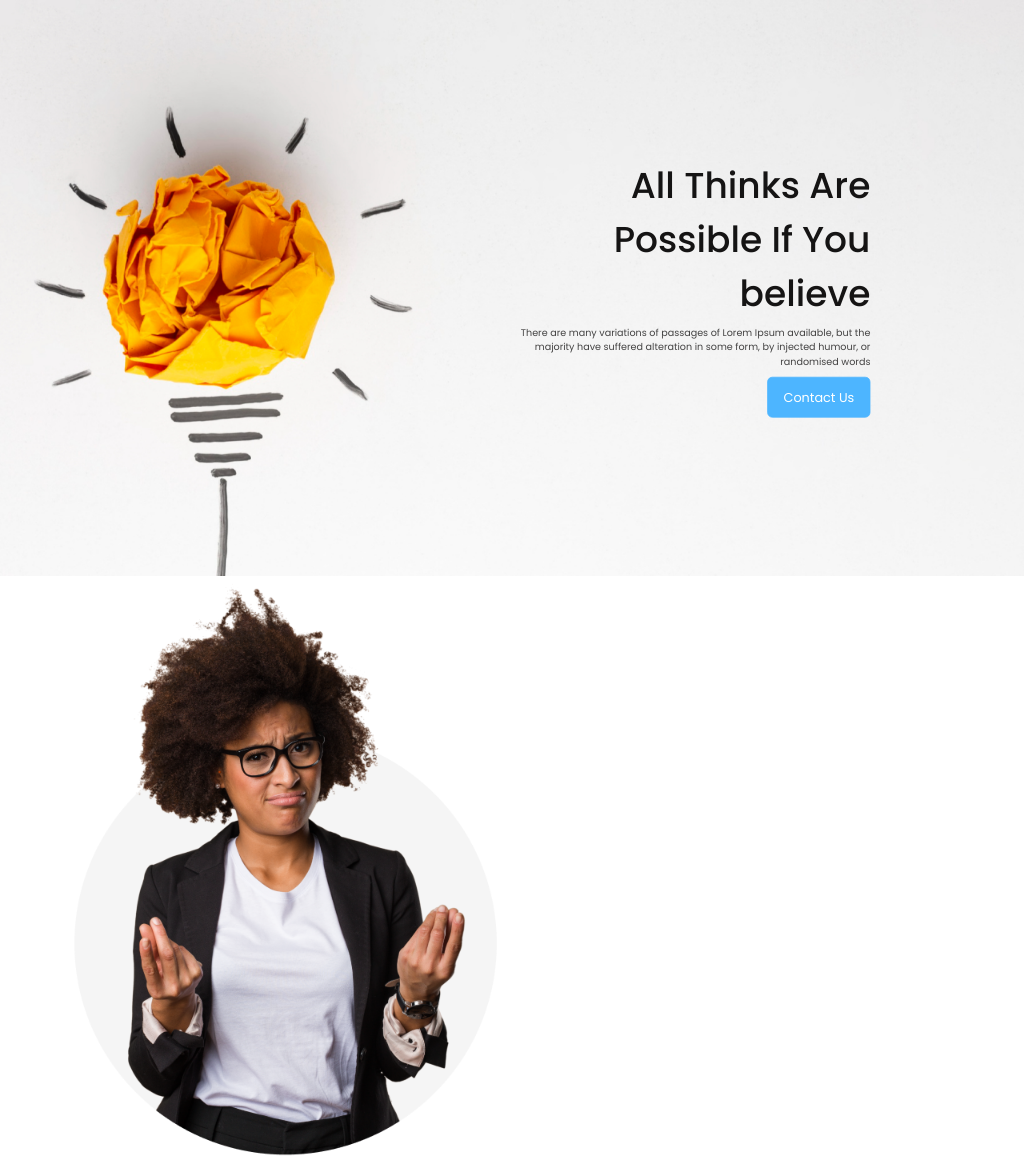
Repository: mdrubel02/new-year-new-mission
Page: index.html
The author's editor kept a copy of each file at every save. The page is drawn from the files as they stood at one save, then again after the next save.
The browser window is 1280 px wide. The pictures show the whole page, at 80% of full size.

Above is the page before, as saved 2023-01-06 22:41:17.

### index.html
<!DOCTYPE html>
<html lang="en">

<head>
    <meta charset="UTF-8">
    <meta http-equiv="X-UA-Compatible" content="IE=edge">
    <meta name="viewport" content="width=device-width, initial-scale=1.0">
    <title>new-year-new-mission</title>
    <!-------- css link ---------->
    <link rel="stylesheet" href="/index.css">
</head>

<body>
    <header>
        <!--------- banner section --------->
        <section class="banner_section ">
            <div class="banner">
                <h1>All Thinks Are Possible If You believe</h1>
                <p>There are many variations of passages of Lorem Ipsum available, but the majority have suffered
                    alteration in some form, by injected humour, or randomised words</p>
                <a href="" class="btn btn-primary">Contact Us</a>
            </div>
        </section>
    </header>
    <section class="container">
        <div class="experience_section">
            <div class="experience_left">
                <img src="./images/person.png" alt="">
            </div>
            <div class="experience_right"></div>
        </div>

    </section>
</body>

</html>

### index.css
/* =====GOOGLE FONTS====== */
@import url('https://fonts.googleapis.com/css2?family=Poppins:wght@300;400;500;600&display=swap');

/* =====COMMON STYLES====== */
* {
    margin: 0;
    padding: 0;
    border: 0;
    outline: 0;
    list-style: none;
    text-decoration: none;
}

body {
    font-family: 'Poppins', sans-serif;
}

h1,
h2,
h3,
h4,
h5,
h6 {
    font-weight: 500;
}

.container {
    max-width: 1200px;
    margin: 0 auto;
    padding: 0 30px;
    box-sizing: border-box;
}

a {
    color: #fff;
    transition: all 400ms ease;
}

a:hover {
    color: #fff;
}

.btn {
    text-align: center;
    width: max-content;
    display: inline-block;
    color: #fff;
    padding: 0.75rem 1.2rem;
    border-radius: 0.4rem;
    border: 1px solid #4db5ff;
    transition: all 400ms ease;
}

.btn:hover {
    background: #fff;
    color: #4db5ff;
    border: 1px solid #4db5ff;
}

.btn-primary {
    background: #4db5ff;
    color: #fff;
}

/* ========= Banner section ============== */
.banner_section{
    background-image: url(/images/banner/banner1.png);
    background-repeat: no-repeat;
    background-size: cover;
    background-position: center center;
    height: 100vh;
    width: 100%;
    position: relative;
    z-index: 1;
    display: flex;
    flex-direction: column;
    justify-content: center;
    align-items: flex-end;
    text-align: center;
}
.banner{
    width: 35%;
   margin-top: -0%;
   position: absolute;
   right: 15%;
   display: flex;
   flex-direction: column;
   justify-content: end;
   align-items: flex-end;
}
.banner h1{
    font-size: 45px;
    color: #151414;
    text-align: end;
}
.banner p{
    color: #444343;
    font-size: 12px;
    text-align: end;
    padding-top: 5px;
    padding-bottom: 10px;
}

After the next save:
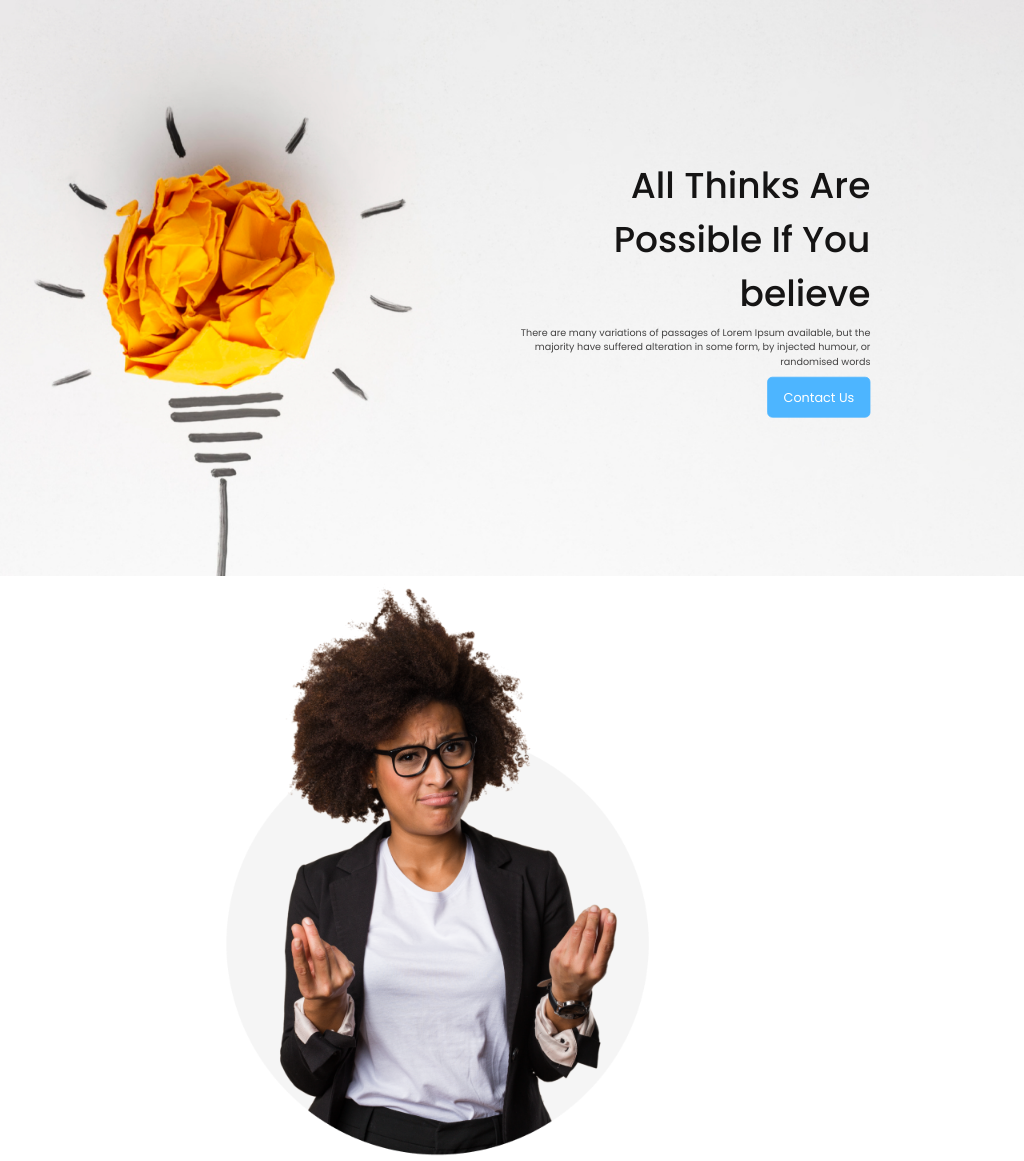
Saved 3 s later.
--- a/index.css
+++ b/index.css
@@ -100,3 +100,13 @@ a:hover {
     padding-top: 5px;
     padding-bottom: 10px;
 }
+
+
+/* =========== experience section ================== */
+.experience_section{
+    display: flex;
+    justify-content: space-evenly;
+    align-items: center;
+}
+.experience_left{}
+.experience_right{}
